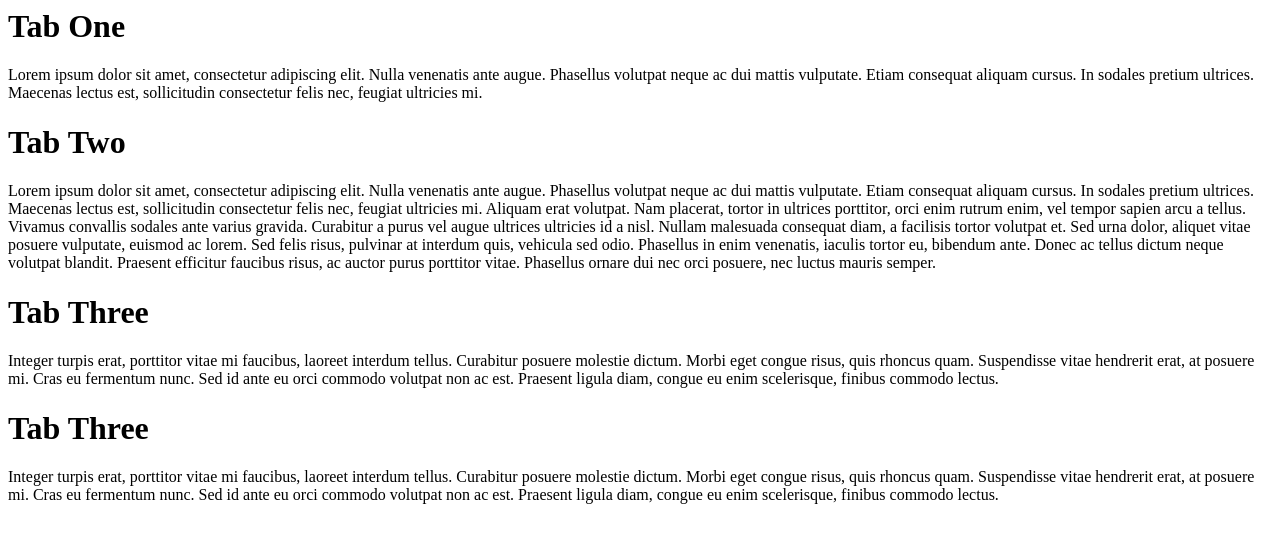
Repository: zayro/php_crud_angularjs_material
Page: reporte.html
An editor plug-in stored every save of this project. The page is shown before and after the next save, followed by the edit.
The browser window is 1280 px wide. The pictures show the whole page.

Above is the page before, as saved 2017-05-05 10:14:17.

### reporte.html
<div ng-cloak>
    <md-content>
        <md-tabs md-dynamic-height md-border-bottom>
            <md-tab label="one">
                <md-content class="md-padding">
                    <h1 class="md-display-2">Tab One</h1>
                    <p>Lorem ipsum dolor sit amet, consectetur adipiscing elit. Nulla venenatis ante augue. Phasellus volutpat neque ac dui mattis vulputate. Etiam consequat aliquam cursus. In sodales pretium ultrices. Maecenas lectus est, sollicitudin consectetur
                        felis nec, feugiat ultricies mi.</p>
                </md-content>
            </md-tab>
            <md-tab label="two">
                <md-content class="md-padding">
                    <h1 class="md-display-2">Tab Two</h1>
                    <p>Lorem ipsum dolor sit amet, consectetur adipiscing elit. Nulla venenatis ante augue. Phasellus volutpat neque ac dui mattis vulputate. Etiam consequat aliquam cursus. In sodales pretium ultrices. Maecenas lectus est, sollicitudin consectetur
                        felis nec, feugiat ultricies mi. Aliquam erat volutpat. Nam placerat, tortor in ultrices porttitor, orci enim rutrum enim, vel tempor sapien arcu a tellus. Vivamus convallis sodales ante varius gravida. Curabitur a purus vel augue
                        ultrices ultricies id a nisl. Nullam malesuada consequat diam, a facilisis tortor volutpat et. Sed urna dolor, aliquet vitae posuere vulputate, euismod ac lorem. Sed felis risus, pulvinar at interdum quis, vehicula sed odio. Phasellus
                        in enim venenatis, iaculis tortor eu, bibendum ante. Donec ac tellus dictum neque volutpat blandit. Praesent efficitur faucibus risus, ac auctor purus porttitor vitae. Phasellus ornare dui nec orci posuere, nec luctus mauris semper.</p>

                </md-content>
            </md-tab>
            <md-tab label="three">
                <md-content class="md-padding">
                    <h1 class="md-display-2">Tab Three</h1>
                    <p>Integer turpis erat, porttitor vitae mi faucibus, laoreet interdum tellus. Curabitur posuere molestie dictum. Morbi eget congue risus, quis rhoncus quam. Suspendisse vitae hendrerit erat, at posuere mi. Cras eu fermentum nunc. Sed
                        id ante eu orci commodo volutpat non ac est. Praesent ligula diam, congue eu enim scelerisque, finibus commodo lectus.</p>
                </md-content>
            </md-tab>
            <md-tab label="three">
                <md-content class="md-padding">
                    <h1 class="md-display-2">Tab Three</h1>
                    <p>Integer turpis erat, porttitor vitae mi faucibus, laoreet interdum tellus. Curabitur posuere molestie dictum. Morbi eget congue risus, quis rhoncus quam. Suspendisse vitae hendrerit erat, at posuere mi. Cras eu fermentum nunc. Sed
                        id ante eu orci commodo volutpat non ac est. Praesent ligula diam, congue eu enim scelerisque, finibus commodo lectus.</p>
                </md-content>
            </md-tab>
        </md-tabs>
    </md-content>
</div>

After the next save:
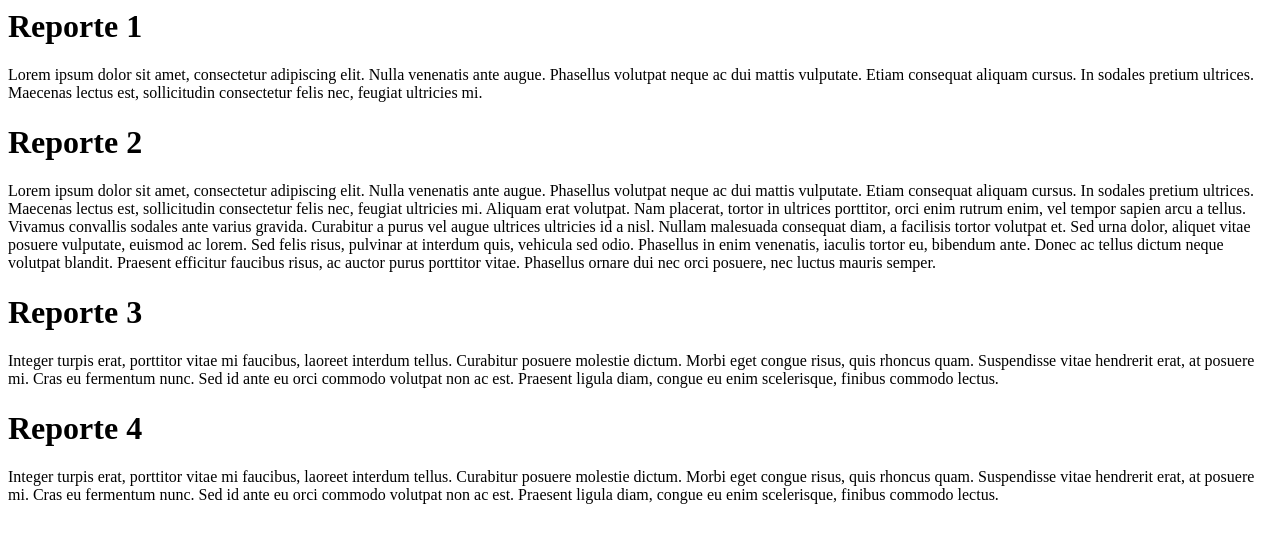
Saved 100 s later.
--- a/reporte.html
+++ b/reporte.html
@@ -3,14 +3,14 @@
         <md-tabs md-dynamic-height md-border-bottom>
             <md-tab label="one">
                 <md-content class="md-padding">
-                    <h1 class="md-display-2">Tab One</h1>
+                    <h1 class="md-display-2">Reporte 1</h1>
                     <p>Lorem ipsum dolor sit amet, consectetur adipiscing elit. Nulla venenatis ante augue. Phasellus volutpat neque ac dui mattis vulputate. Etiam consequat aliquam cursus. In sodales pretium ultrices. Maecenas lectus est, sollicitudin consectetur
                         felis nec, feugiat ultricies mi.</p>
                 </md-content>
             </md-tab>
             <md-tab label="two">
                 <md-content class="md-padding">
-                    <h1 class="md-display-2">Tab Two</h1>
+                    <h1 class="md-display-2">Reporte 2</h1>
                     <p>Lorem ipsum dolor sit amet, consectetur adipiscing elit. Nulla venenatis ante augue. Phasellus volutpat neque ac dui mattis vulputate. Etiam consequat aliquam cursus. In sodales pretium ultrices. Maecenas lectus est, sollicitudin consectetur
                         felis nec, feugiat ultricies mi. Aliquam erat volutpat. Nam placerat, tortor in ultrices porttitor, orci enim rutrum enim, vel tempor sapien arcu a tellus. Vivamus convallis sodales ante varius gravida. Curabitur a purus vel augue
                         ultrices ultricies id a nisl. Nullam malesuada consequat diam, a facilisis tortor volutpat et. Sed urna dolor, aliquet vitae posuere vulputate, euismod ac lorem. Sed felis risus, pulvinar at interdum quis, vehicula sed odio. Phasellus
@@ -20,14 +20,14 @@
             </md-tab>
             <md-tab label="three">
                 <md-content class="md-padding">
-                    <h1 class="md-display-2">Tab Three</h1>
+                    <h1 class="md-display-2">Reporte 3</h1>
                     <p>Integer turpis erat, porttitor vitae mi faucibus, laoreet interdum tellus. Curabitur posuere molestie dictum. Morbi eget congue risus, quis rhoncus quam. Suspendisse vitae hendrerit erat, at posuere mi. Cras eu fermentum nunc. Sed
                         id ante eu orci commodo volutpat non ac est. Praesent ligula diam, congue eu enim scelerisque, finibus commodo lectus.</p>
                 </md-content>
             </md-tab>
-            <md-tab label="three">
+            <md-tab label="four">
                 <md-content class="md-padding">
-                    <h1 class="md-display-2">Tab Three</h1>
+                    <h1 class="md-display-2">Reporte 4</h1>
                     <p>Integer turpis erat, porttitor vitae mi faucibus, laoreet interdum tellus. Curabitur posuere molestie dictum. Morbi eget congue risus, quis rhoncus quam. Suspendisse vitae hendrerit erat, at posuere mi. Cras eu fermentum nunc. Sed
                         id ante eu orci commodo volutpat non ac est. Praesent ligula diam, congue eu enim scelerisque, finibus commodo lectus.</p>
                 </md-content>
